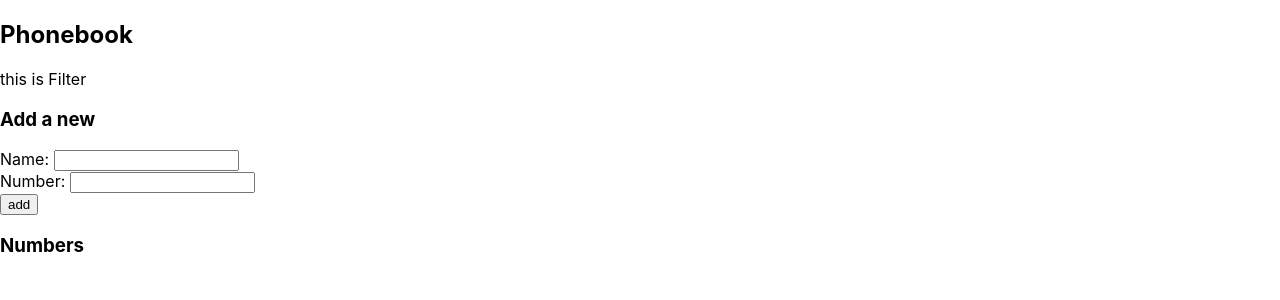
Repository: Hwenyi/full-stack-open
Page: / (app in part2/phonebook/)
The author's editor kept a copy of each file at every save. The page is drawn from the files as they stood at one save, then again after the next save.
The browser window is 1280 px wide. The pictures show the whole page.
The project was rebuilt for these pictures with package versions that can differ from the ones it lists, and the page was loaded fresh each time. Also part of the build but not shown: part2/phonebook/src/components/Person.js, part2/phonebook/src/components/Persons.js.

Above is the page before, as saved 2023-10-13 14:23:31.

After the next save:
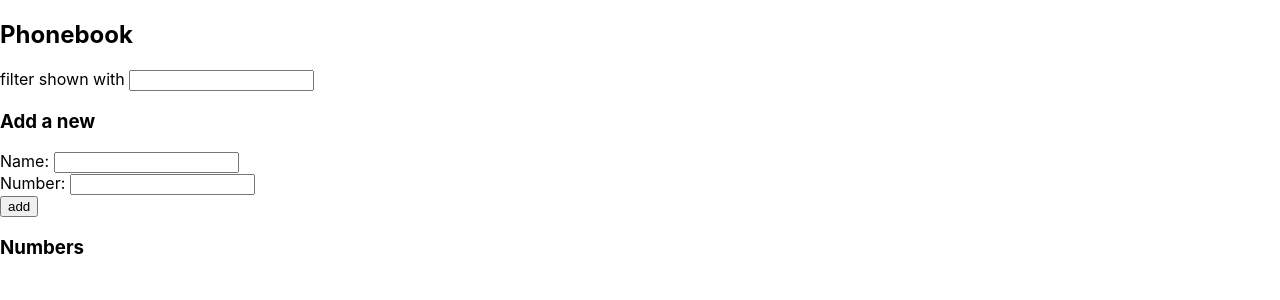
Saved 12 min 1 s later.
--- a/part2/phonebook/src/components/Filter.js
+++ b/part2/phonebook/src/components/Filter.js
@@ -1,7 +1,7 @@
-const Filter = () => {
+const Filter = ({filter,handleFilterChange}) => {
   return(
     <div>
-      this is Filter
+      filter shown with <input value={filter} onChange={handleFilterChange}/>
     </div>
   )
 }
